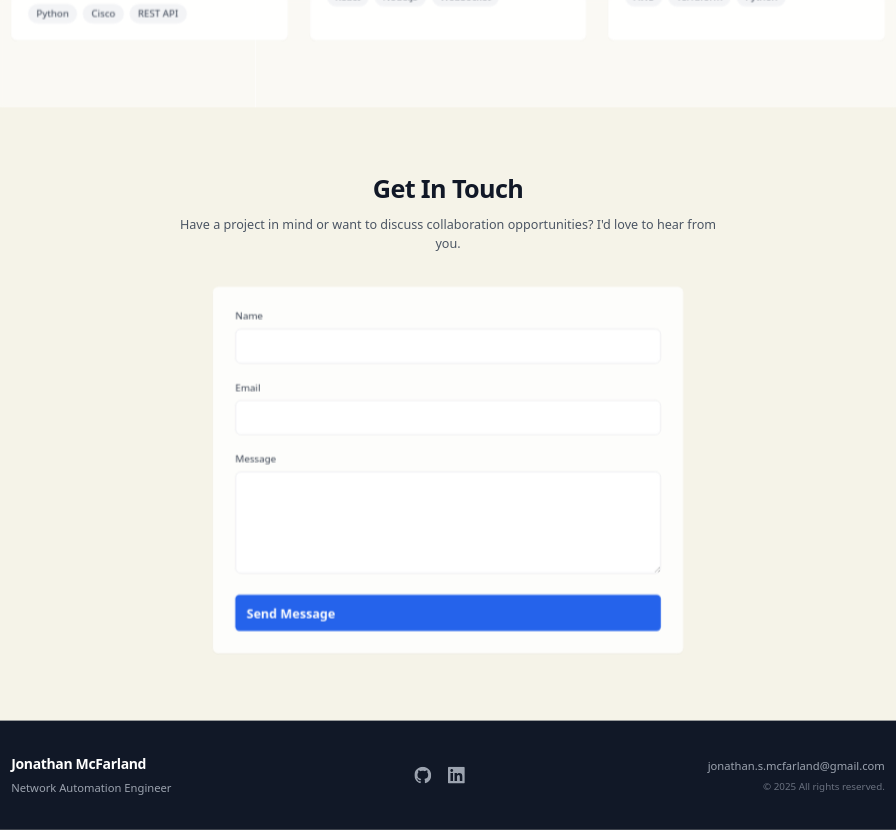
Repository: jonathanm35796/WebsitePortfolio
Page: /
These files come from the project's save history. The page is drawn as it stood at one moment and after the next save; the edit follows.
The browser window is 1280 px wide. The pictures show the part of the page from y = 1798 to 3718 px (the page is 2984 px tall before and 3764 px after), at 70% of full size.
The project was rebuilt for these pictures with package versions that can differ from the ones it lists, and the page was loaded fresh each time. The framework's server and built-in components were replaced by stand-ins that run in the browser. Also part of the build but not shown: next.config.js, next.config.ts.

Above is the page before, as saved 2025-02-02 00:24:06.

### src/app/layout.tsx
import type { Metadata } from "next";
import { Geist, Geist_Mono } from "next/font/google";
import "./globals.css";
import Navbar from '@/components/Navbar';

const geistSans = Geist({
  variable: "--font-geist-sans",
  subsets: ["latin"],
});

const geistMono = Geist_Mono({
  variable: "--font-geist-mono",
  subsets: ["latin"],
});

export const metadata: Metadata = {
  title: 'Jonathan McFarland - Network Automation Engineer',
  description: 'Portfolio website showcasing network engineering, automation, and infrastructure optimization projects.',
};

export default function RootLayout({
  children,
}: Readonly<{
  children: React.ReactNode;
}>) {
  return (
    <html lang="en" className="scroll-smooth">
      <body
        className={`${geistSans.variable} ${geistMono.variable} antialiased`}
      >
        <Navbar />
        {children}
      </body>
    </html>
  );
}

### src/app/page.tsx
import Hero from '@/components/Hero';
import About from '@/components/About';
import Projects from '@/components/Projects';
import Contact from '@/components/Contact';
import Footer from '@/components/Footer';

export default function Home() {
  return (
    <main className="min-h-screen">
      <Hero />
      <About />
      <Projects />
      <Contact />
      <Footer />
    </main>
  );
}

### src/app/globals.css
@tailwind base;
@tailwind components;
@tailwind utilities;

:root {
  --primary: #2563eb;
  --secondary: #10b981;
  --background: #f5f3e8;
  --text: #1f2937;
  --text-light: #6b7280;
  --accent: #f3f4f6;
}

@layer base {
  body {
    @apply bg-[#f5f3e8] text-gray-800 antialiased;
  }

  h1, h2, h3, h4, h5, h6 {
    @apply font-bold tracking-tight;
  }

  h1 {
    @apply text-4xl md:text-5xl lg:text-6xl;
  }

  h2 {
    @apply text-3xl md:text-4xl;
  }
}

@layer components {
  .container {
    @apply max-w-7xl mx-auto px-4 sm:px-6 lg:px-8;
  }

  .btn {
    @apply inline-flex items-center px-4 py-2 rounded-md font-medium transition-colors
    focus:outline-none focus:ring-2 focus:ring-offset-2;
  }

  .btn-primary {
    @apply bg-blue-600 text-white hover:bg-blue-700 focus:ring-blue-500;
  }

  .card {
    @apply bg-white/80 backdrop-blur-sm rounded-lg shadow-sm hover:shadow-md transition-shadow duration-300;
  }

  .section {
    @apply py-16 md:py-24;
  }

  .section-alt {
    @apply bg-white/50 backdrop-blur-sm;
  }
}

### src/components/Navbar.tsx
'use client';
import { useState } from 'react';
import Link from 'next/link';

export default function Navbar() {
  const [isOpen, setIsOpen] = useState(false);

  const navItems = [
    { name: 'Home', href: '#home' },
    { name: 'About', href: '#about' },
    { name: 'Projects', href: '#projects' },
    { name: 'Resume', href: '#resume' },
    { name: 'Contact', href: '#contact' },
  ];

  return (
    <nav className="fixed top-0 w-full bg-[#f5f3e8]/80 backdrop-blur-sm z-50 border-b border-gray-200/20 shadow-sm">
      <div className="container mx-auto px-4">
        <div className="flex justify-between items-center h-16">
          <Link href="/" className="text-xl font-bold text-blue-600">
            Portfolio
          </Link>

          {/* Desktop Navigation */}
          <div className="hidden md:flex space-x-8">
            {navItems.map((item) => (
              <Link
                key={item.name}
                href={item.href}
                className="text-gray-700 hover:text-blue-600 transition-colors"
              >
                {item.name}
              </Link>
            ))}
          </div>

          {/* Mobile Navigation Button */}
          <button
            className="md:hidden p-2"
            onClick={() => setIsOpen(!isOpen)}
            aria-label="Toggle menu"
          >
            <svg
              className="w-6 h-6"
              fill="none"
              strokeLinecap="round"
              strokeLinejoin="round"
              strokeWidth="2"
              viewBox="0 0 24 24"
              stroke="currentColor"
            >
              {isOpen ? (
                <path d="M6 18L18 6M6 6l12 12" />
              ) : (
                <path d="M4 6h16M4 12h16M4 18h16" />
              )}
            </svg>
          </button>
        </div>

        {/* Mobile Menu */}
        {isOpen && (
          <div className="md:hidden">
            <div className="px-2 pt-2 pb-3 space-y-1">
              {navItems.map((item) => (
                <Link
                  key={item.name}
                  href={item.href}
                  className="block px-3 py-2 text-gray-700 hover:text-blue-600 transition-colors"
                  onClick={() => setIsOpen(false)}
                >
                  {item.name}
                </Link>
              ))}
            </div>
          </div>
        )}
      </div>
    </nav>
  );
}

### src/components/Hero.tsx
'use client';

import Image from 'next/image';
import Link from 'next/link';

export default function Hero() {
  return (
    <section id="home" className="pt-28 pb-16 md:pt-32 md:pb-24">
      <div className="container mx-auto px-4">
      <div className="flex flex-col md:flex-row items-center justify-between gap-12">
        <div className="flex-1 space-y-6">
        <h1 className="text-4xl md:text-5xl lg:text-6xl font-bold text-gray-900">
          Network Automation Engineer
          <span className="block text-blue-600 mt-2">Building Digital Solutions</span>
        </h1>

        <p className="text-xl text-gray-700 max-w-2xl">
          I create modern web applications with a focus on user experience,
          performance, and scalability. Let's build something amazing together.
        </p>

        <div className="flex gap-4 pt-4">
          <Link
          href="#projects"
          className="btn btn-primary px-8"
          >
          View Projects
          </Link>
          <Link
          href="#contact"
          className="btn bg-white/80 text-gray-800 hover:bg-white/90 focus:ring-gray-500 px-8"
          >
          Contact Me
          </Link>
        </div>
        </div>

        <div className="flex-1 relative">
        <div className="relative w-72 h-72 md:w-96 md:h-96 mx-auto">
          <div className="absolute inset-0 bg-blue-100/20 rounded-2xl -rotate-6"></div>
          <Image
          src="/profile-pic.png"
          alt="Profile"
          fill
          className="object-cover rounded-2xl shadow-lg"
          priority
          />
        </div>
        </div>
        </div>
      </div>
    </section>

  );
}

### src/components/About.tsx
import Image from 'next/image';

export default function About() {
	const skills = [
		'Network Engineering',
		'Python Development',
		'Cisco Systems',
		'Cloud Technologies',
		'Infrastructure Optimization',
		'Automation',
	];

	return (
		<section id="about" className="section section-alt">
			<div className="container mx-auto px-4">
				<div className="flex flex-col md:flex-row gap-12 items-center">
					<div className="flex-1">
						<div className="relative w-64 h-64 md:w-80 md:h-80 mx-auto">
							<Image
								src="/profile-pic.png"
								alt="About Me"
								fill
								className="object-cover rounded-2xl shadow-lg"
							/>
						</div>
					</div>

					<div className="flex-1 space-y-6">
						<h2 className="text-3xl md:text-4xl font-bold text-gray-900">
							About Me
						</h2>

						<p className="text-lg text-gray-600">
							As a Network Automation Engineer, I specialize in building efficient and scalable network solutions.
							With extensive experience in Python development and Cisco systems, I focus on creating automated
							solutions that streamline network operations and enhance infrastructure reliability.
						</p>

						<div className="space-y-4">
							<h3 className="text-xl font-semibold text-gray-900">
								Core Skills
							</h3>
							<div className="flex flex-wrap gap-3">
								{skills.map((skill) => (
									<span
										key={skill}
										className="px-4 py-2 bg-white rounded-full text-sm font-medium text-gray-700 shadow-sm"
									>
										{skill}
									</span>
								))}
							</div>
						</div>
					</div>
				</div>
			</div>
		</section>
	);
}

### src/components/Projects.tsx
import Image from 'next/image';
import Link from 'next/link';

interface Project {
	title: string;
	description: string;
	image: string;
	tags: string[];
	link: string;
}

export default function Projects() {
	const projects: Project[] = [
		{
			title: 'Network Automation Platform',
			description: 'Automated network configuration and management system built with Python and Cisco APIs.',
			image: '/window.svg',
			tags: ['Python', 'Cisco', 'REST API'],
			link: '#',
		},
		{
			title: 'Infrastructure Monitor',
			description: 'Real-time monitoring dashboard for network infrastructure and performance metrics.',
			image: '/globe.svg',
			tags: ['React', 'Node.js', 'WebSocket'],
			link: '#',
		},
		{
			title: 'Cloud Migration Tool',
			description: 'Tool for automating cloud infrastructure deployment and migration processes.',
			image: '/file.svg',
			tags: ['AWS', 'Terraform', 'Python'],
			link: '#',
		},
	];

	return (
		<section id="projects" className="section section-alt">
			<div className="container mx-auto px-4">
				<h2 className="text-3xl md:text-4xl font-bold text-gray-900 mb-8 text-center">
					Featured Projects
				</h2>

				<div className="grid grid-cols-1 md:grid-cols-2 lg:grid-cols-3 gap-8">
					{projects.map((project) => (
						<Link
							href={project.link}
							key={project.title}
							className="group"
						>
							<div className="card p-6 h-full hover:translate-y-[-4px] transition-all duration-300">
								<div className="relative w-full h-48 mb-6">
									<Image
										src={project.image}
										alt={project.title}
										fill
										className="object-contain"
									/>
								</div>

								<h3 className="text-xl font-semibold text-gray-900 mb-3 group-hover:text-blue-600 transition-colors">
									{project.title}
								</h3>

								<p className="text-gray-600 mb-4">
									{project.description}
								</p>

								<div className="flex flex-wrap gap-2">
									{project.tags.map((tag) => (
										<span
											key={tag}
											className="px-3 py-1 bg-gray-100 text-sm text-gray-700 rounded-full"
										>
											{tag}
										</span>
									))}
								</div>
							</div>
						</Link>
					))}
				</div>
			</div>
		</section>
	);
}

### src/components/Contact.tsx
'use client';

import { useState } from 'react';

export default function Contact() {
  const [formData, setFormData] = useState({
    name: '',
    email: '',
    message: '',
  });

  const handleSubmit = (e: React.FormEvent) => {
    e.preventDefault();
    // Handle form submission logic here
    console.log('Form submitted:', formData);
  };

  return (
    <section id="contact" className="section">
      <div className="container mx-auto px-4">
        <div className="max-w-3xl mx-auto text-center mb-12">
          <h2 className="text-3xl md:text-4xl font-bold text-gray-900 mb-4">
            Get In Touch
          </h2>
          <p className="text-lg text-gray-600">
            Have a project in mind or want to discuss collaboration opportunities?
            I'd love to hear from you.
          </p>
        </div>

        <div className="max-w-2xl mx-auto">
            <form onSubmit={handleSubmit} className="space-y-6 bg-white/80 backdrop-blur-sm p-8 rounded-lg shadow-sm">
            <div>
              <label htmlFor="name" className="block text-sm font-medium text-gray-700 mb-2">
              Name
              </label>
              <input
              type="text"
              id="name"
              value={formData.name}
              onChange={(e) => setFormData({ ...formData, name: e.target.value })}
              className="w-full px-4 py-3 rounded-lg border border-gray-200 focus:ring-2 focus:ring-blue-500 focus:border-blue-500 bg-white/90"
              required
              />
            </div>

            <div>
              <label htmlFor="email" className="block text-sm font-medium text-gray-700 mb-2">
              Email
              </label>
              <input
              type="email"
              id="email"
              value={formData.email}
              onChange={(e) => setFormData({ ...formData, email: e.target.value })}
              className="w-full px-4 py-3 rounded-lg border border-gray-200 focus:ring-2 focus:ring-blue-500 focus:border-blue-500 bg-white/90"
              required
              />
            </div>

            <div>
              <label htmlFor="message" className="block text-sm font-medium text-gray-700 mb-2">
              Message
              </label>
              <textarea
              id="message"
              value={formData.message}
              onChange={(e) => setFormData({ ...formData, message: e.target.value })}
              rows={5}
              className="w-full px-4 py-3 rounded-lg border border-gray-200 focus:ring-2 focus:ring-blue-500 focus:border-blue-500 bg-white/90"
              required
              />
            </div>

            <button
              type="submit"
              className="w-full btn btn-primary py-3 text-lg font-semibold"
            >
              Send Message
            </button>
          </form>
        </div>
      </div>
    </section>

  );
}

### src/components/Footer.tsx
export default function Footer() {
  const socialLinks = [
    {
      name: 'GitHub',
      url: 'https://github.com/jonathanm35796',
      icon: (
        <svg className="w-6 h-6" fill="currentColor" viewBox="0 0 24 24">
          <path d="M12 0C5.37 0 0 5.37 0 12c0 5.31 3.435 9.795 8.205 11.385.6.105.825-.255.825-.57 0-.285-.015-1.23-.015-2.235-3.015.555-3.795-.735-4.035-1.41-.135-.345-.72-1.41-1.23-1.695-.42-.225-1.02-.78-.015-.795.945-.015 1.62.87 1.845 1.23 1.08 1.815 2.805 1.305 3.495.99.105-.78.42-1.305.765-1.605-2.67-.3-5.46-1.335-5.46-5.925 0-1.305.465-2.385 1.23-3.225-.12-.3-.54-1.53.12-3.18 0 0 1.005-.315 3.3 1.23.96-.27 1.98-.405 3-.405s2.04.135 3 .405c2.295-1.56 3.3-1.23 3.3-1.23.66 1.65.24 2.88.12 3.18.765.84 1.23 1.905 1.23 3.225 0 4.605-2.805 5.625-5.475 5.925.435.375.81 1.095.81 2.22 0 1.605-.015 2.895-.015 3.3 0 .315.225.69.825.57A12.02 12.02 0 0024 12c0-6.63-5.37-12-12-12z" />
        </svg>
      ),
    },
    {
      name: 'LinkedIn',
      url: 'https://www.linkedin.com/in/jonathan-m-15b994b8/',
      icon: (
        <svg className="w-6 h-6" fill="currentColor" viewBox="0 0 24 24">
          <path d="M20.447 20.452h-3.554v-5.569c0-1.328-.027-3.037-1.852-3.037-1.853 0-2.136 1.445-2.136 2.939v5.667H9.351V9h3.414v1.561h.046c.477-.9 1.637-1.85 3.37-1.85 3.601 0 4.267 2.37 4.267 5.455v6.286zM5.337 7.433c-1.144 0-2.063-.926-2.063-2.065 0-1.138.92-2.063 2.063-2.063 1.14 0 2.064.925 2.064 2.063 0 1.139-.925 2.065-2.064 2.065zm1.782 13.019H3.555V9h3.564v11.452zM22.225 0H1.771C.792 0 0 .774 0 1.729v20.542C0 23.227.792 24 1.771 24h20.451C23.2 24 24 23.227 24 22.271V1.729C24 .774 23.2 0 22.222 0h.003z" />
        </svg>
      ),
    },
  ];

  return (
    <footer className="bg-gray-900 text-white py-12">
      <div className="container mx-auto px-4">
        <div className="flex flex-col md:flex-row justify-between items-center">
          <div className="mb-6 md:mb-0">
            <h3 className="text-xl font-bold mb-2">Jonathan McFarland</h3>
            <p className="text-gray-400">Network Automation Engineer</p>
          </div>

          <div className="flex space-x-6 mb-6 md:mb-0">
            {socialLinks.map((link) => (
              <a
                key={link.name}
                href={link.url}
                target="_blank"
                rel="noopener noreferrer"
                className="text-gray-400 hover:text-white transition-colors"
                aria-label={link.name}
              >
                {link.icon}
              </a>
            ))}
          </div>

          <div className="text-center md:text-right">
            <p className="text-gray-400">
              <a href="mailto:jonathan.s.mcfarland@gmail.com" className="hover:text-white transition-colors">
                jonathan.s.mcfarland@gmail.com
              </a>
            </p>
            <p className="text-gray-500 text-sm mt-2">
              © {new Date().getFullYear()} All rights reserved.
            </p>
          </div>
        </div>
      </div>
    </footer>
  );
}

### tailwind.config.ts
import type { Config } from "tailwindcss";

export default {
  content: [
    "./src/pages/**/*.{js,ts,jsx,tsx,mdx}",
    "./src/components/**/*.{js,ts,jsx,tsx,mdx}",
    "./src/app/**/*.{js,ts,jsx,tsx,mdx}",
  ],
  theme: {
    extend: {
      colors: {
        background: "var(--background)",
        foreground: "var(--foreground)",
      },
      keyframes: {
        'profile-entrance': {
          '0%': { transform: 'translateY(-100%) translateX(0)', opacity: '0' },
          '60%': { transform: 'translateY(20%) translateX(0)' },
          '80%': { transform: 'translateY(0) translateX(0)' },
          '100%': { transform: 'translateY(0) translateX(0)', opacity: '1' }
        }
      },
      animation: {
        'profile-entrance': 'profile-entrance 1.5s cubic-bezier(0.34, 1.56, 0.64, 1)'
      }
    },
  },
  plugins: [],
} satisfies Config;

### src/components/Resume.tsx
import Link from 'next/link';

export default function Resume() {
	const downloadResume = () => {
		// Create a Blob with the resume content
		const resumeContent = `Jonathan McFarland
8485 Old Ski Run Cir APT 307, Littleton, CO 80125
jonathan.s.mcfarland@gmail.com | 404-313-5580
linkedin.com/in/jonathanmcfarland-15b994b8

Professional Experience...`; // Full resume content here

		const blob = new Blob([resumeContent], { type: 'text/plain' });
		const url = window.URL.createObjectURL(blob);
		const link = document.createElement('a');
		link.href = url;
		link.download = 'Jonathan_McFarland_Resume.txt';
		document.body.appendChild(link);
		link.click();
		document.body.removeChild(link);
		window.URL.revokeObjectURL(url);
	};

	return (
		<section id="resume" className="section section-alt">
			<div className="container mx-auto px-4">
				<div className="max-w-4xl mx-auto">
					<div className="flex justify-between items-center mb-8">
						<h2 className="text-3xl md:text-4xl font-bold text-gray-900">Resume</h2>
						<button
							onClick={downloadResume}
							className="btn btn-primary flex items-center gap-2"
						>
							<svg className="w-5 h-5" fill="none" stroke="currentColor" viewBox="0 0 24 24">
								<path strokeLinecap="round" strokeLinejoin="round" strokeWidth={2} d="M4 16v1a3 3 0 003 3h10a3 3 0 003-3v-1m-4-4l-4 4m0 0l-4-4m4 4V4" />
							</svg>
							Download Resume
						</button>
					</div>

					<div className="bg-white/80 backdrop-blur-sm rounded-lg shadow-sm p-8">
						<div className="space-y-6">
							<div>
								<h3 className="text-2xl font-bold text-gray-900 mb-4">Professional Experience</h3>
								<div className="space-y-6">
									<div>
										<h4 className="text-xl font-semibold text-gray-900">Network Automation Engineer / Network Transport Engineer</h4>
										<p className="text-gray-600">DISH Network / EchoStar / Boost Mobile | Denver, CO | July 2022 – Nov. 2024</p>
										<ul className="list-disc list-inside mt-2 space-y-2 text-gray-700">
											<li>Developed Python-based automation scripts and ETL pipelines, reducing manual troubleshooting and accelerating fault isolation.</li>
											<li>Leveraged advanced monitoring (Grafana, SolarWinds, Datadog) to proactively detect impairments.</li>
											<li>Reduced mean-time-to-repair by 30% through automation and improved triage protocols.</li>
										</ul>
									</div>
								</div>
							</div>

							<div>
								<h3 className="text-2xl font-bold text-gray-900 mb-4">Core Competencies</h3>
								<div className="grid grid-cols-1 md:grid-cols-2 gap-4">
									<div>
										<h4 className="font-semibold text-gray-900 mb-2">Network Engineering</h4>
										<ul className="list-disc list-inside space-y-1 text-gray-700">
											<li>Cisco IOS XR</li>
											<li>ORAN Systems</li>
											<li>BGP/ISIS Routing</li>
										</ul>
									</div>
									<div>
										<h4 className="font-semibold text-gray-900 mb-2">Automation</h4>
										<ul className="list-disc list-inside space-y-1 text-gray-700">
											<li>Python Scripting</li>
											<li>Grafana, Datadog</li>
											<li>Kubernetes</li>
										</ul>
									</div>
								</div>
							</div>

							<div className="flex justify-center space-x-6">
								<Link
									href="https://github.com/jonathanm35796"
									target="_blank"
									className="flex items-center gap-2 text-gray-700 hover:text-blue-600"
								>
									<svg className="w-6 h-6" fill="currentColor" viewBox="0 0 24 24">
										<path d="M12 0C5.37 0 0 5.37 0 12c0 5.31 3.435 9.795 8.205 11.385.6.105.825-.255.825-.57 0-.285-.015-1.23-.015-2.235-3.015.555-3.795-.735-4.035-1.41-.135-.345-.72-1.41-1.23-1.695-.42-.225-1.02-.78-.015-.795.945-.015 1.62.87 1.845 1.23 1.08 1.815 2.805 1.305 3.495.99.105-.78.42-1.305.765-1.605-2.67-.3-5.46-1.335-5.46-5.925 0-1.305.465-2.385 1.23-3.225-.12-.3-.54-1.53.12-3.18 0 0 1.005-.315 3.3 1.23.96-.27 1.98-.405 3-.405s2.04.135 3 .405c2.295-1.56 3.3-1.23 3.3-1.23.66 1.65.24 2.88.12 3.18.765.84 1.23 1.905 1.23 3.225 0 4.605-2.805 5.625-5.475 5.925.435.375.81 1.095.81 2.22 0 1.605-.015 2.895-.015 3.3 0 .315.225.69.825.57A12.02 12.02 0 0024 12c0-6.63-5.37-12-12-12z" />
									</svg>
									GitHub Profile
								</Link>
								<Link
									href="https://www.linkedin.com/in/jonathan-m-15b994b8/"
									target="_blank"
									className="flex items-center gap-2 text-gray-700 hover:text-blue-600"
								>
									<svg className="w-6 h-6" fill="currentColor" viewBox="0 0 24 24">
										<path d="M20.447 20.452h-3.554v-5.569c0-1.328-.027-3.037-1.852-3.037-1.853 0-2.136 1.445-2.136 2.939v5.667H9.351V9h3.414v1.561h.046c.477-.9 1.637-1.85 3.37-1.85 3.601 0 4.267 2.37 4.267 5.455v6.286zM5.337 7.433c-1.144 0-2.063-.926-2.063-2.065 0-1.138.92-2.063 2.063-2.063 1.14 0 2.064.925 2.064 2.063 0 1.139-.925 2.065-2.064 2.065zm1.782 13.019H3.555V9h3.564v11.452zM22.225 0H1.771C.792 0 0 .774 0 1.729v20.542C0 23.227.792 24 1.771 24h20.451C23.2 24 24 23.227 24 22.271V1.729C24 .774 23.2 0 22.222 0h.003z" />
									</svg>
									LinkedIn Profile
								</Link>
							</div>
						</div>
					</div>
				</div>
			</div>
		</section>
	);
}

After the next save:
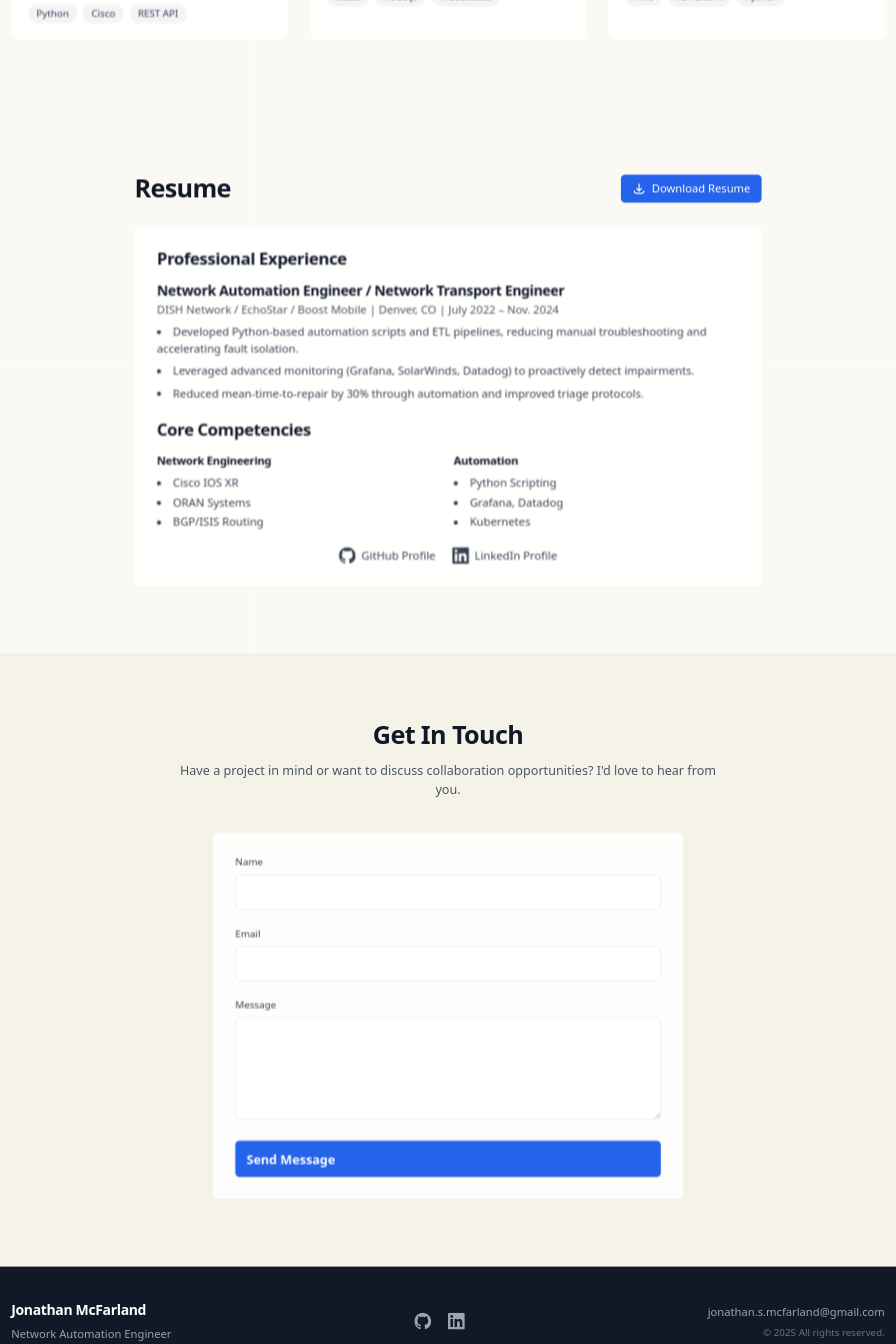
Saved 15 s later.
--- a/src/app/page.tsx
+++ b/src/app/page.tsx
@@ -1,6 +1,7 @@
 import Hero from '@/components/Hero';
 import About from '@/components/About';
 import Projects from '@/components/Projects';
+import Resume from '@/components/Resume';
 import Contact from '@/components/Contact';
 import Footer from '@/components/Footer';
 
@@ -10,6 +11,7 @@ export default function Home() {
       <Hero />
       <About />
       <Projects />
+      <Resume />
       <Contact />
       <Footer />
     </main>
